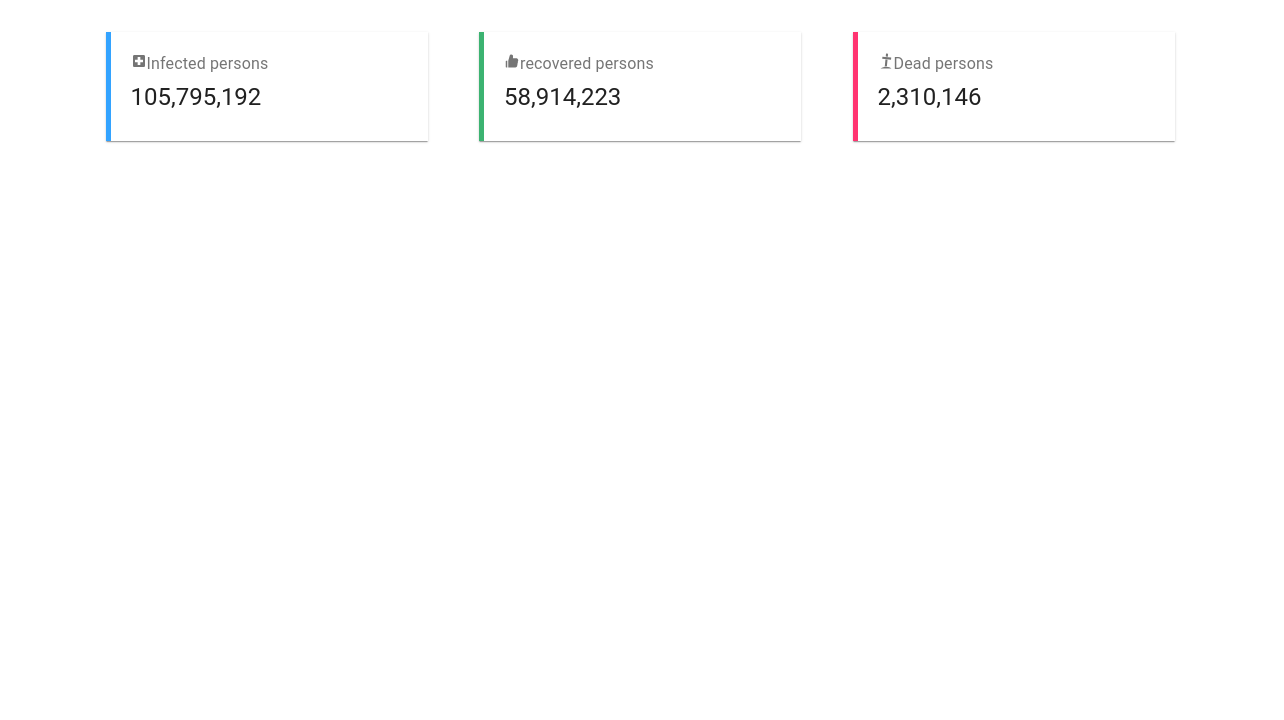
Repository: ShunsukeTanizaki/covid_dashboard
Page: /
These files come from the project's save history. The page is drawn as it stood at one moment and after the next save; the edit follows.
The browser window is 1280 px wide. The page is 1284 px wide, so the pictures cover 1284 px, including what lies to the right of the window. The pictures show the whole page.
The project was rebuilt for these pictures with package versions that can differ from the ones it lists, and the page was loaded fresh each time. Also part of the build but not shown: src/App.css.

Above is the page before, as saved 2021-02-07 20:39:30.

After the next save:
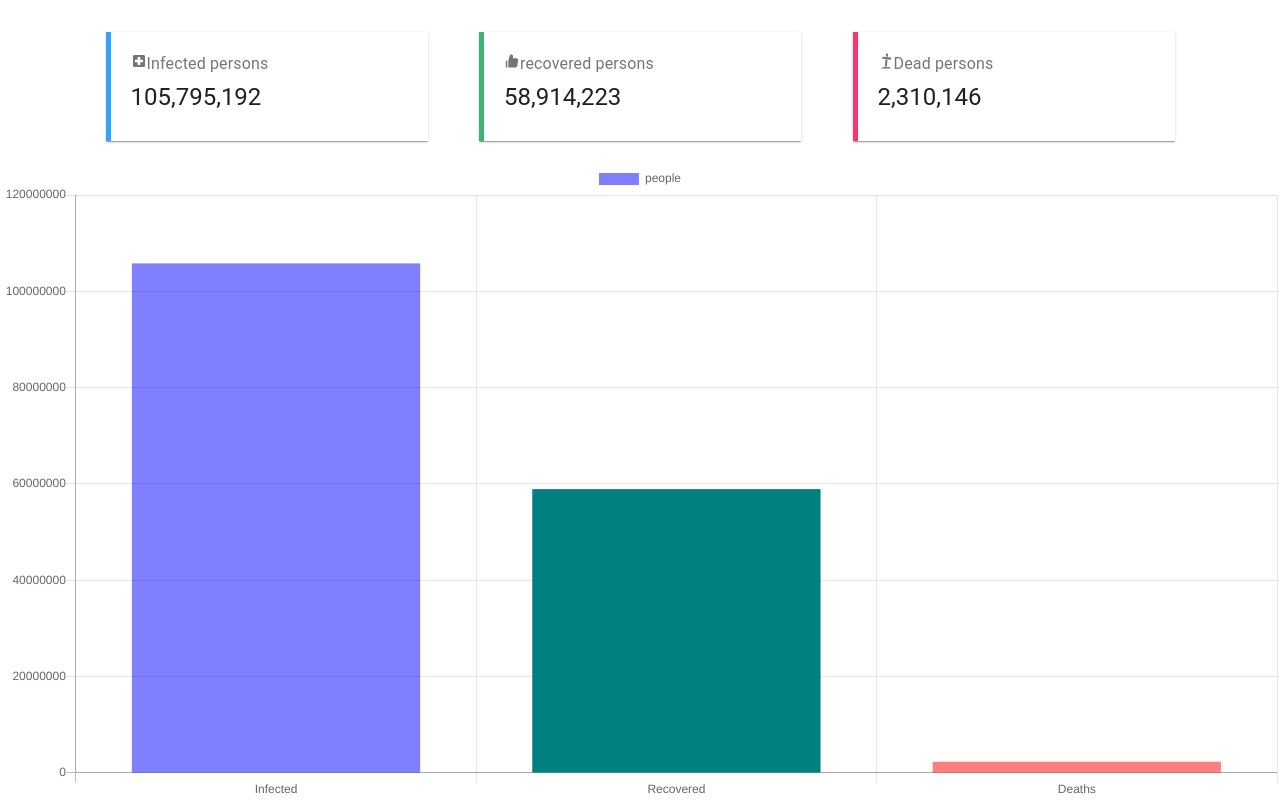
Saved 62 s later.
--- a/src/App.tsx
+++ b/src/App.tsx
@@ -3,12 +3,14 @@ import logo from './logo.svg';
 import { Counter } from './features/counter/Counter';
 import './App.css';
 import Cards from './features/covid/Cards/Cards';
+import Chart from './features/covid/Chart/Chart';
 
 function App() {
     return (
         <div className="App">
             <header className="App-header">
-            <Cards />
+                <Cards />
+                <Chart />
             </header>
         </div>
     );
